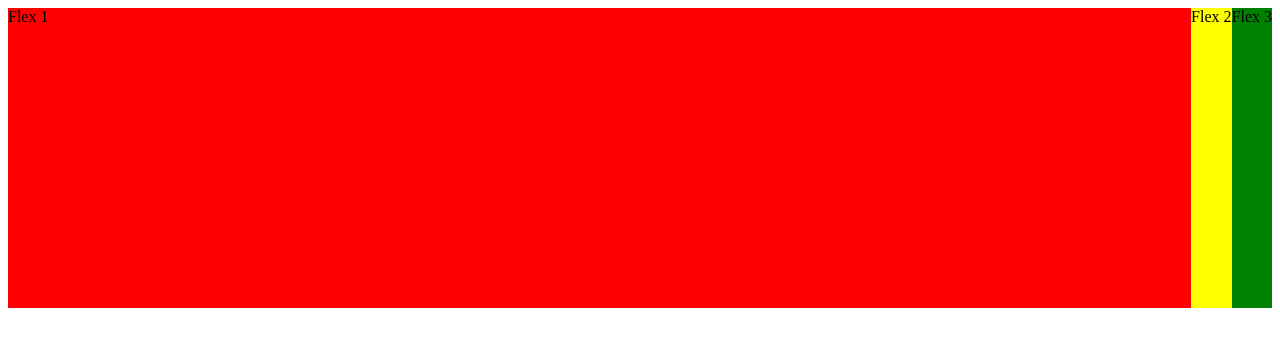
Repository: Kubraaygun/Html_Css_Login
Page: index.html
The author's editor kept a copy of each file at every save. The page is drawn from the files as they stood at one save, then again after the next save.
The browser window is 1280 px wide. The pictures show the whole page.

Above is the page before, as saved 2025-03-04 19:17:34.

After the next save:
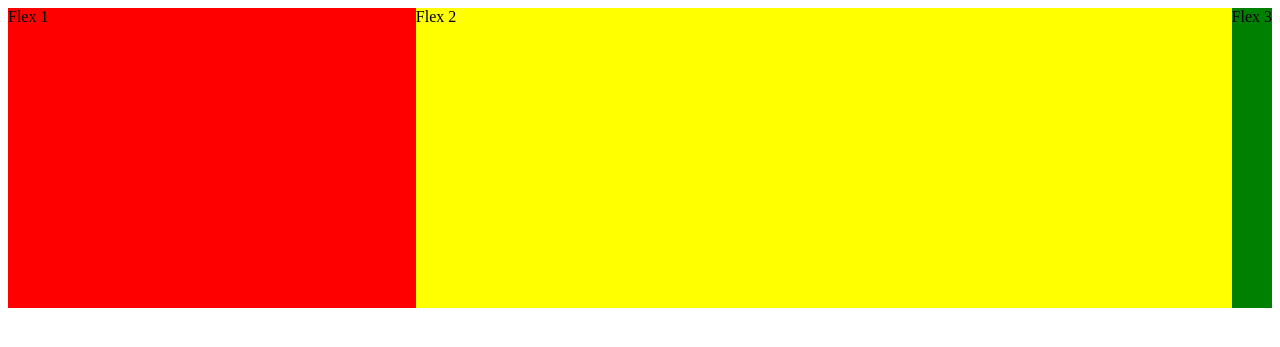
Saved 19 s later.
--- a/index.html
+++ b/index.html
@@ -10,7 +10,7 @@
   <body>
     <div class="contain" style="display: flex; height: 300px">
       <div style="background-color: red; flex: 1">Flex 1</div>
-      <div style="background-color: yellow">Flex 2</div>
+      <div style="background-color: yellow; flex: 2">Flex 2</div>
       <div style="background-color: green">Flex 3</div>
     </div>
   </body>
